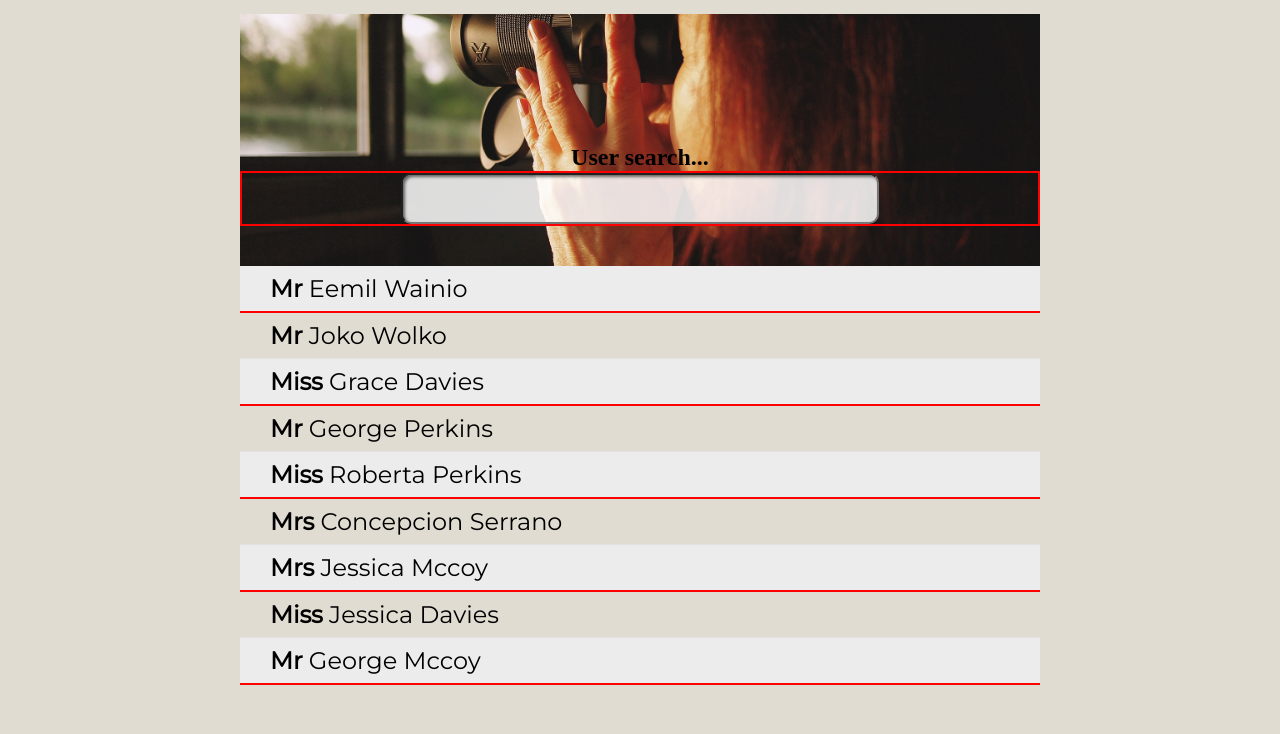
Repository: KrzysKolo/sr_tydzien5_zad4
Page: /
The author's editor kept a copy of each file at every save. The page is drawn from the files as they stood at one save, then again after the next save.
The browser window is 1280 px wide. The pictures show the whole page.
The project was rebuilt for these pictures with package versions that can differ from the ones it lists, and the page was loaded fresh each time.

Above is the page before, as saved 2021-01-03 05:47:56.

After the next save:
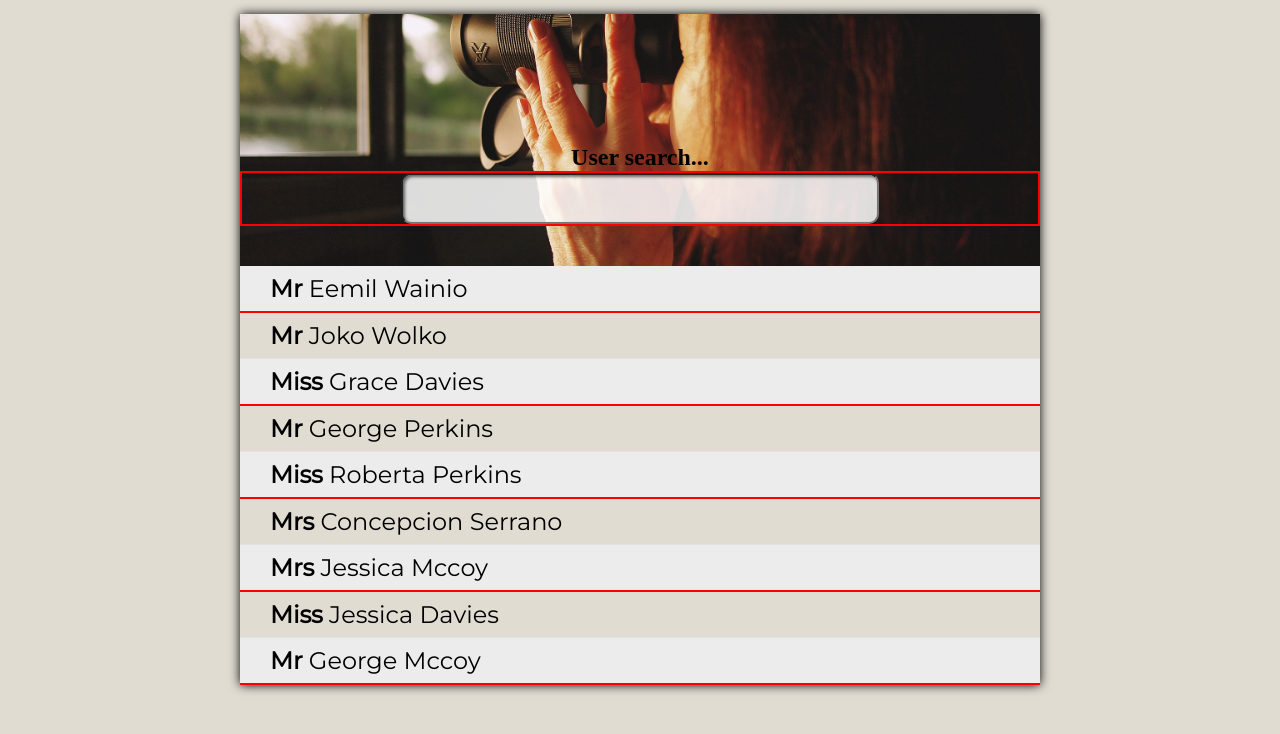
Saved 40 s later.
--- a/src/App.css
+++ b/src/App.css
@@ -14,6 +14,7 @@ section {
   max-width: 800px;
   display: flex;
   flex-direction: column;
+  box-shadow: 0 0 10px #000;
 }
 .header__section {
   height: 35vh;
